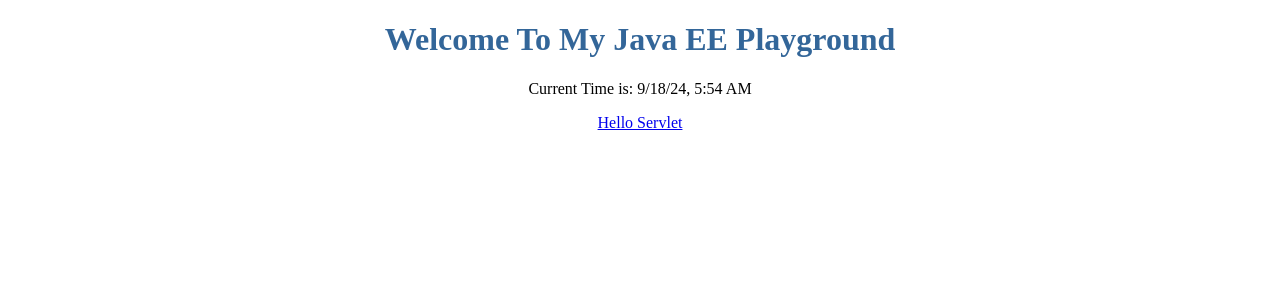
Repository: stanleydk4/JAVA_EE
Page: http://localhost/myWeb/
An editor plug-in stored every save of this project. The page is shown before and after the next save, followed by the edit.
The browser window is 1280 px wide. The pictures show the whole page.
The page is served by Tomcat 10.

Above is the page before, as saved 2024-09-19 01:49:03.

After the next save:
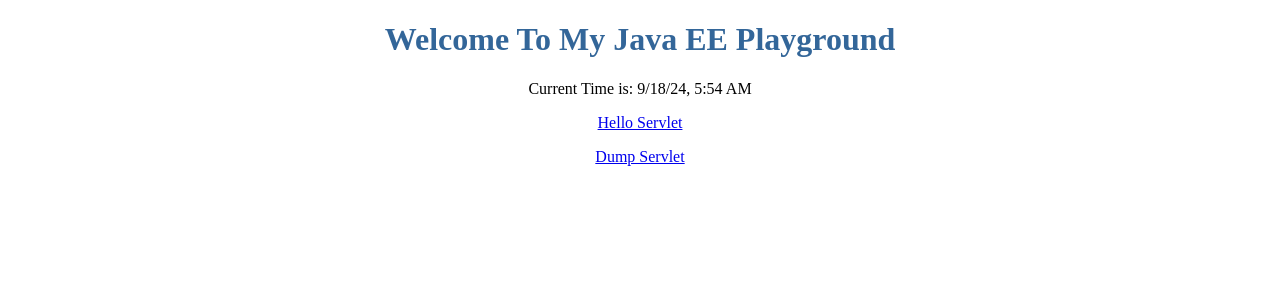
Saved 16 s later.
--- a/myWeb/src/main/webapp/index.jsp
+++ b/myWeb/src/main/webapp/index.jsp
@@ -13,5 +13,6 @@
 	<h1>Welcome To My Java EE Playground</h1>
 	<p>Current Time is: <%= SimpleDateFormat.getInstance().format(new Date()) %></p>
 	<p><a href ="admin/hello.aspx">Hello Servlet</a></p>
+	<p><a href ="admin/dump.view">Dump Servlet</a></p>
 </body>
 </html>
